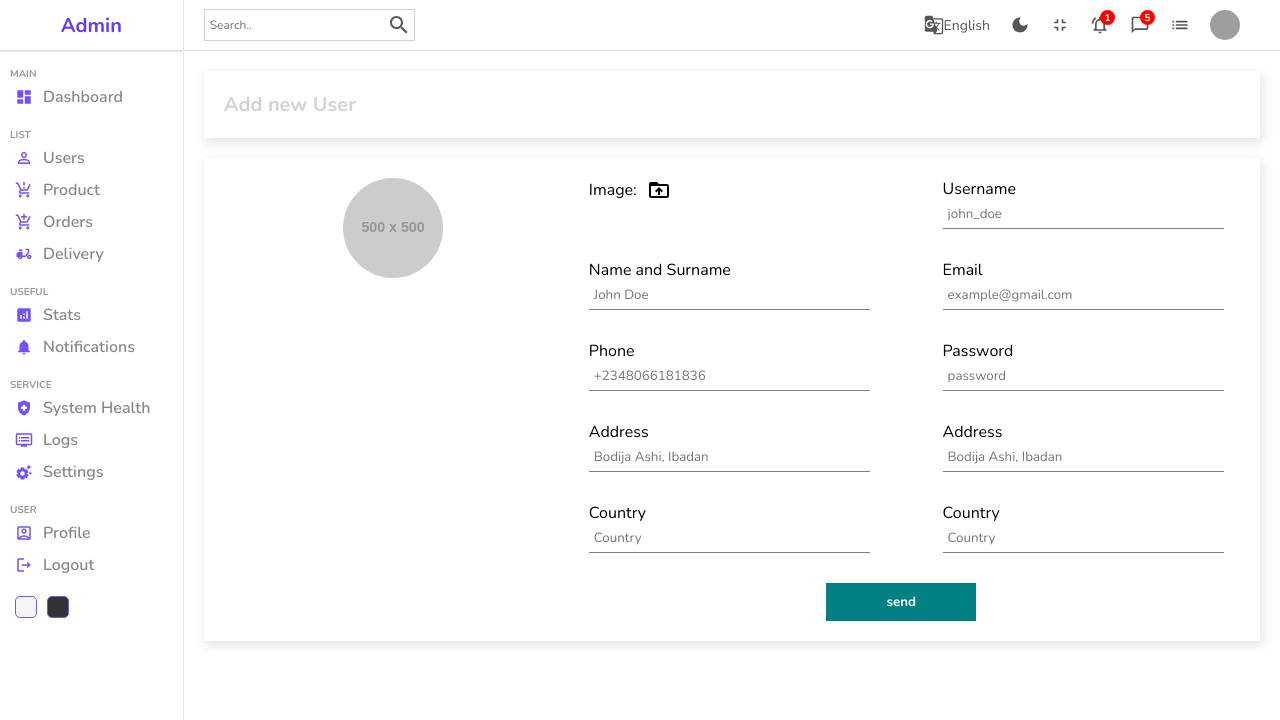
Repository: maescode/simple-react-admin-dashboard
Page: /users/new
An editor plug-in stored every save of this project. The page is shown before and after the next save, followed by the edit.
The browser window is 1280 px wide. The pictures show the whole page.
Pictures or frames that could not be fetched are drawn as grey boxes. The project was rebuilt for these pictures with package versions that can differ from the ones it lists, and the page was loaded fresh each time. Also part of the build but not shown: src/App.css, src/pages/home/home.scss, src/pages/components/widget/widget.scss, src/pages/components/widget/Widget.jsx, src/pages/components/featured/featured.scss, src/pages/components/featured/Featured.jsx, src/pages/components/chart/chart.scss, src/pages/components/chart/Chart.jsx and 11 more.

Above is the page before, as saved 2022-08-10 09:44:00.

After the next save:
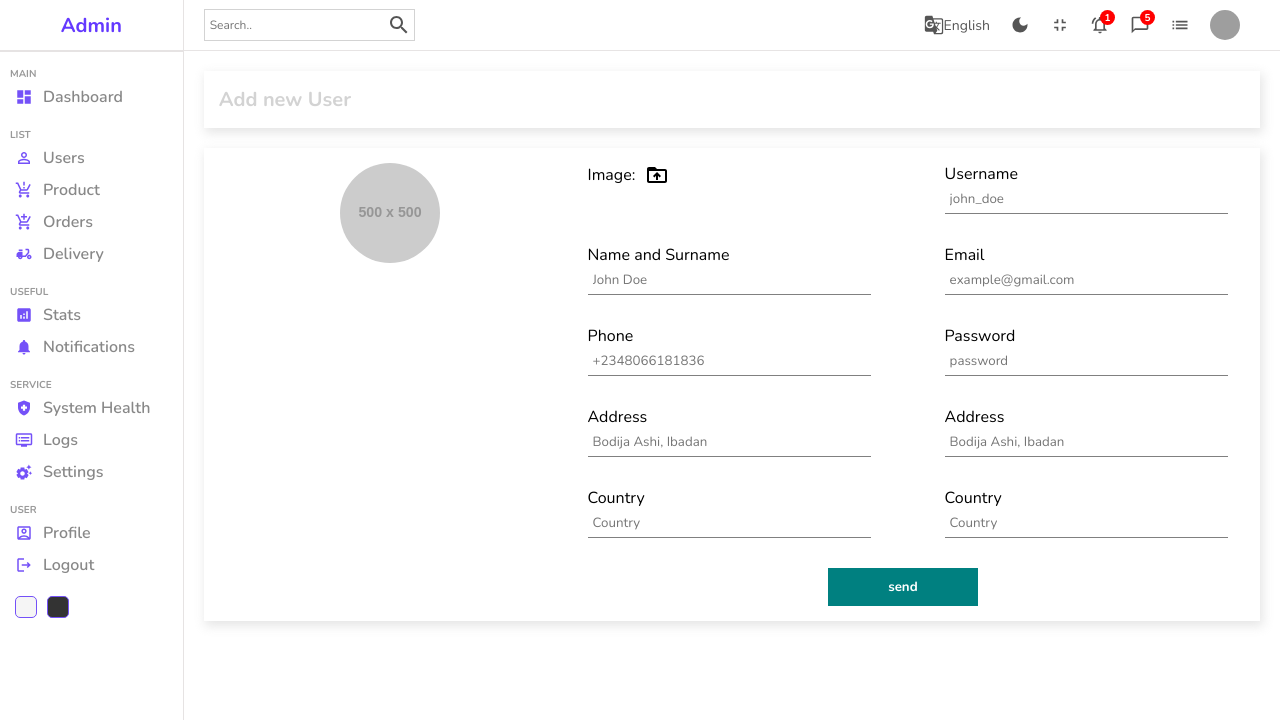
Saved 17 s later.
--- a/src/pages/new/new.scss
+++ b/src/pages/new/new.scss
@@ -7,7 +7,7 @@
 
     .top,
     .bottom {
-      padding: 20px;
+      padding: 15px;
       margin: 20px;
       -webkit-box-shadow: 2px 4px 10px 1px rgba(0, 0, 0, 0.47);
       box-shadow: 2px 4px 10px 1px rgba(201, 201, 201, 0.47);
